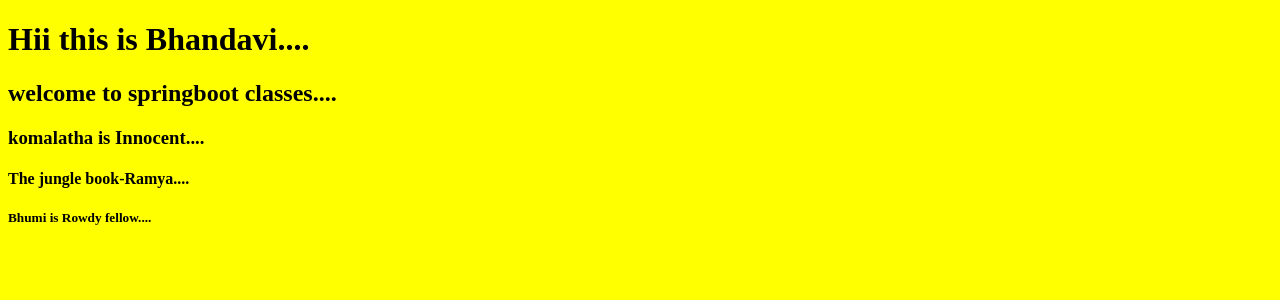
Repository: Bhandavi123/SpringPrograms
Page: SpringBootEx1/src/main/webapp/data.html
The author's editor kept a copy of each file at every save. The page is drawn from the files as they stood at one save, then again after the next save.
The browser window is 1280 px wide. The pictures show the whole page.

Above is the page before, as saved 2024-03-19 09:39:45.

After the next save:
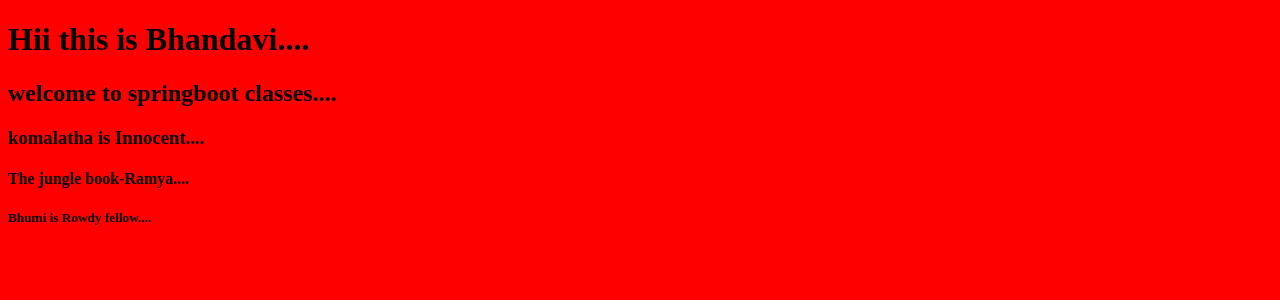
Saved 48 s later.
--- a/SpringBootEx1/src/main/webapp/data.html
+++ b/SpringBootEx1/src/main/webapp/data.html
@@ -4,7 +4,7 @@
 <meta charset="ISO-8859-1">
 <title>Insert title here</title>
 </head>
-<body bgcolor="yellow">
+<body bgcolor="Red">
    <h1>Hii this is Bhandavi....</h1>
    <h2>welcome to springboot classes....</h2>
    <h3>komalatha is Innocent....</h3>
